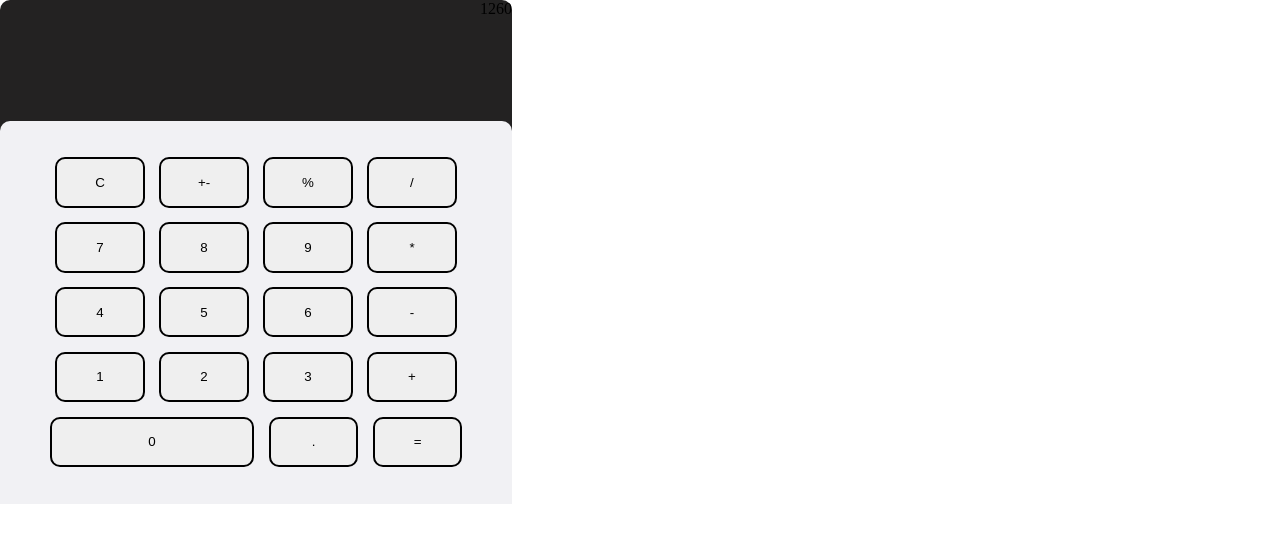
Repository: BrunoBross/calculator
Page: index.html
The author's editor kept a copy of each file at every save. The page is drawn from the files as they stood at one save, then again after the next save.
The browser window is 1280 px wide. The pictures show the whole page.
The pointer rests on the first visible `.buttons > button`.

Above is the page before, as saved 2021-11-30 22:57:39.

### index.html
<!DOCTYPE html>
<html lang="en">
<head>
  <meta charset="UTF-8">
  <meta http-equiv="X-UA-Compatible" content="IE=edge">
  <meta name="viewport" content="width=device-width, initial-scale=1.0">
  <title>Calculator</title>
  <link rel="stylesheet" href="./style.css">
</head>
<body>
  <main>
    <div class="calculator">
      <div class="view">
        1260
      </div>
      <div class="buttons">
        <button id="C">C</button>
        <button id="+-">+-</button>
        <button id="%">%</button>
        <button id="/">/</button>
        <button id="seven">7</button>
        <button id="eight">8</button>
        <button id="nine">9</button>
        <button id="*">*</button>
        <button id="four">4</button>
        <button id="five">5</button>
        <button id="six">6</button>
        <button id="-">-</button>
        <button id="one">1</button>
        <button id="two">2</button>
        <button id="three">3</button>
        <button id="+">+</button>
        <button id="zero">0</button>
        <button id=".">.</button>
        <button id="=">=</button>
      </div>
    </div>

    <div class="small-square"></div>
    <div class="square"></div>
    <div class="small-circle"></div>
    <div class="circle"></div>
  </main>
</body>
<script src="./script.js"></script>
</html>

### style.css
*{
  padding: 0;
  margin: 0;
}

.calculator{
  background-color: #232222;
  display: flex;
  flex-direction: column;
  width: 40vw;
  height: 70vh;
  border-radius: 10px 10px 0 0;
}

.view{
  display: flex;
  flex-direction: row-reverse;
  height: 20vh;

}

.buttons{
  padding: 2.9vw;
  padding-top: 5vh;
  background-color: #F1F1F4;
  display: flex;
  justify-content: center;
  flex-wrap: wrap;
  gap: 2vh;
  border-radius: 10px 10px 0 0;
}

.buttons > button{
  border: 2px solid black;
  height: 7vh;
  width: 7vw;
  border-radius: 10px;
  cursor: pointer;
}

#zero{
  width: 16vw;
}

Loaded but not shown: script.js (no copy from this time; the picture is the same without it)

After the next save:
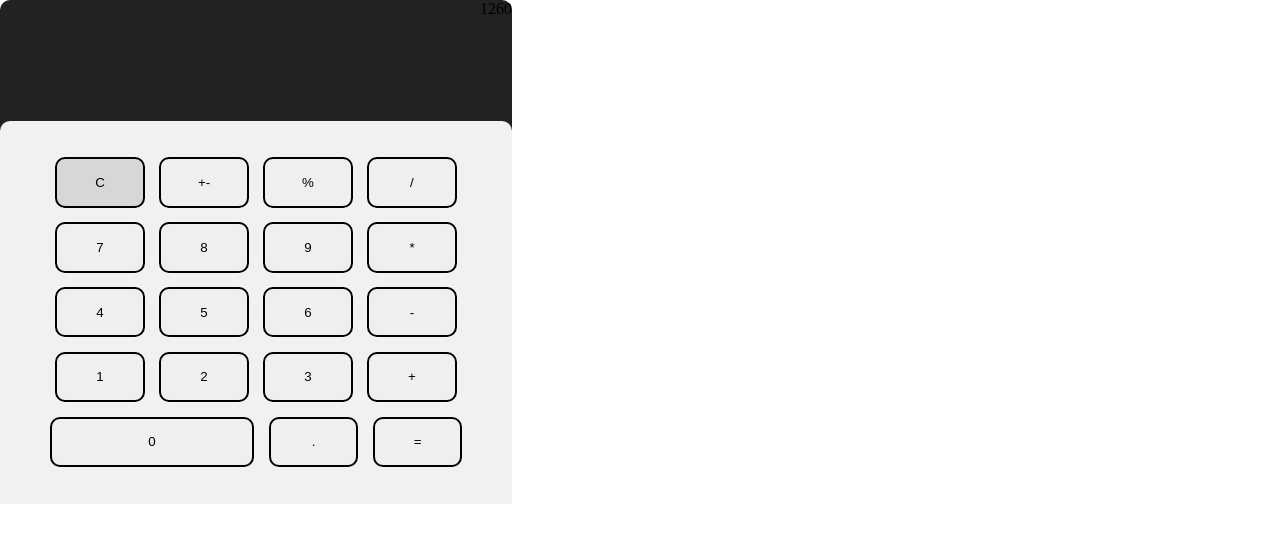
Saved 16 s later.
--- a/style.css
+++ b/style.css
@@ -38,6 +38,10 @@
   cursor: pointer;
 }
 
+.buttons > button:hover{
+  filter: brightness(0.9);
+}
+
 #zero{
   width: 16vw;
 }

After the 3 saves that followed:
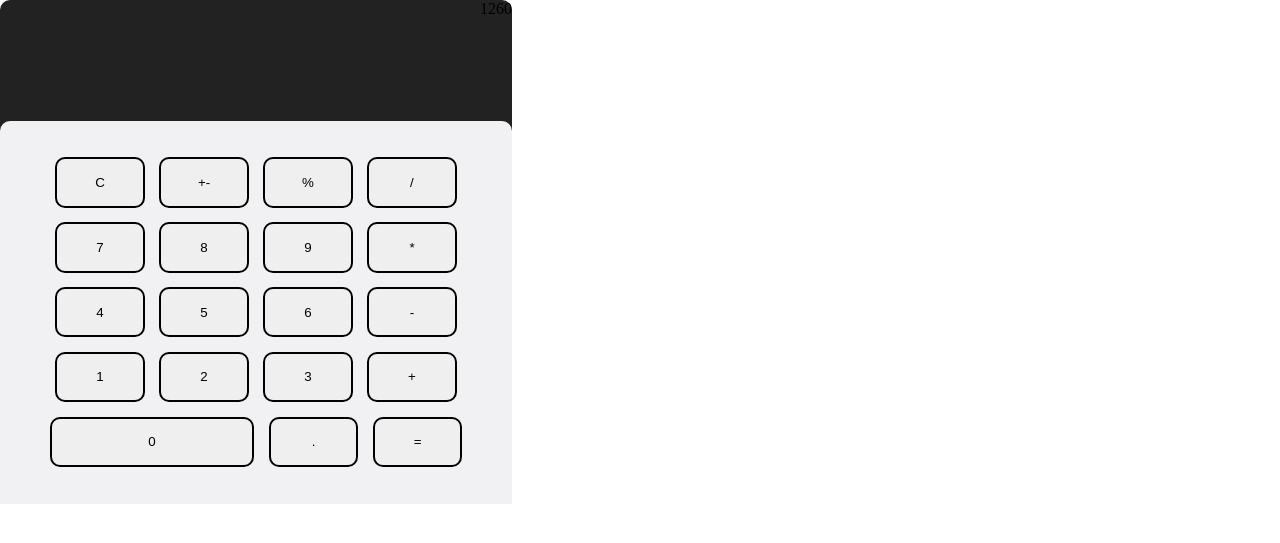
The 3 saves are shown as one change because 2 left the picture as it was.
The last was saved 15 s later.
--- a/style.css
+++ b/style.css
@@ -36,10 +36,11 @@
   width: 7vw;
   border-radius: 10px;
   cursor: pointer;
+  transition: 0.3s;
 }
 
 .buttons > button:hover{
-  filter: brightness(0.9);
+  filter: brightness(1);
 }
 
 #zero{
